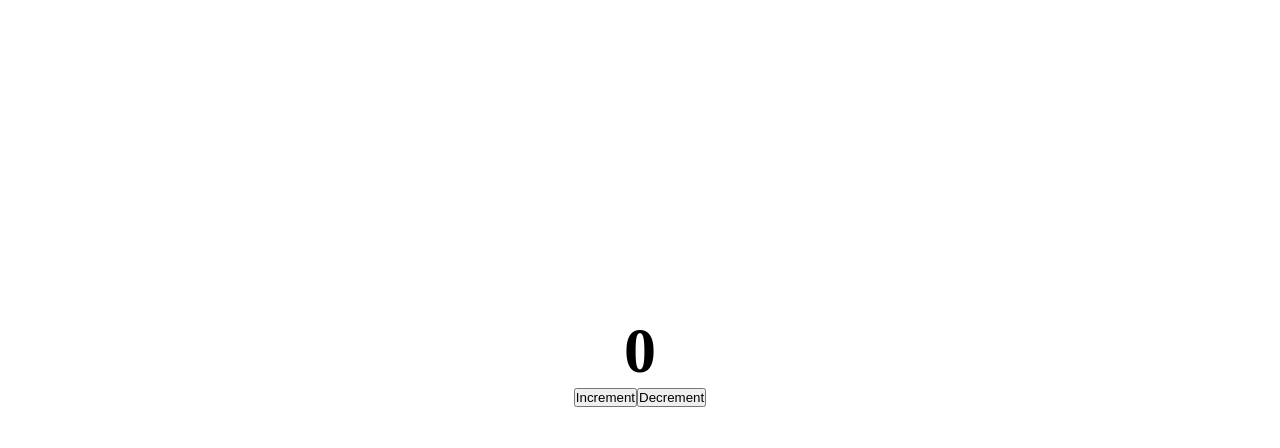
Repository: Ellisvelandia/react_introduction_test
Page: /
These files come from the project's save history. The page is drawn as it stood at one moment and after the next save; the edit follows.
The browser window is 1280 px wide. The pictures show the whole page.
The project was rebuilt for these pictures with package versions that can differ from the ones it lists, and the page was loaded fresh each time. Also part of the build but not shown: src/index.css.

Above is the page before, as saved 2022-08-15 19:59:00.

### src/App.js
import "./App.scss";
import React, { useState } from "react";

const App = () => {
  const [num, changeNum] = useState(0);

  const incrementNum = () => {
    changeNum(num + 2);
  };

  const decrementNum = () => {
    if (num - 1 < 0) {
      alert(`you can't decrease than 0`);
    } else {
      changeNum(num - 2);
    }
  };

  return (
    <>
      <div className="container">
        <h1>{num}</h1>
        <button onClick={incrementNum}>
          <span className="mas">Increment</span>
        </button>
        <button onClick={decrementNum}>
          Decrement
        </button>
      </div>
    </>
  );
};

export default App;

### src/App.scss
* {
  margin: 0;
  padding: 0;
  box-sizing: border-box;
}

body {
  width: 100%;
  height: 100vh;
  display: flex;
  justify-content: center;
  align-items: center;
  flex-direction: column;
}

.container {
  align-self: center;
}

h1 {
  text-align: center;
  font-size: 4rem;
}

// button {
//   font-size: 1rem;
//   margin: 5px;
//   font-family: "Lato", sans-serif;
//   font-weight: 300;
//   letter-spacing: 1px;
//   font-weight: bold;
// }

.button_I {
  position: absolute;
  left: 50%;
  top: 50%;
  transform: translateX(-50%) translateY(-50%);

  background: #fff;
  width: 100px;
  padding: 20px 30px;

  border: 5px solid #4ac0ee;
  color: #4ac0ee;
  font-weight: bold;
  text-transform: uppercase;
  text-align: center;

  z-index: 2;
  transition: all 0.15s 0.15s ease-out;

  &:after,
  &:before {
    position: absolute;
    width: 100%;
    max-width: 100%;
    top: 100%;
    left: 0;
    bottom: -10px;
    content: "";
    z-index: 1;
    transition: all 0.15s 0.15s ease-out;
  }

  &:before {
    background: #4ac0ee;
    top: 10px;
    left: -15px;
    height: 100%;
    width: 15px;
  }

  &:after {
    width: 100%;
    background: #4ac0ee;
    right: 0px;
    left: -15px;
    height: 15px;
  }

  &:hover {
    background: #4ac0ee;
    color: #fff;
    margin-left: -7.5px;
    margin-bottom: -7.5px;

    &:after,
    &:before {
      top: 100%;
      left: 0;
      bottom: 0px;
    }

    &:before {
      top: 0px;
      left: 0px;
      width: 0px;
    }

    &:after {
      right: 0px;
      left: 0px;
      height: 0px;
    }
  }
}

### src/App.css
* {
  margin: 0;
  padding: 0;
  box-sizing: border-box;
}

body {
  width: 100%;
  height: 100vh;
  display: flex;
  justify-content: center;
  align-items: center;
  flex-direction: column;
}

.container {
  align-self: center;
}

h1 {
  text-align: center;
  font-size: 4rem;
}

button {
  font-size: 1rem;
  margin: 5px;
  font-family: "Lato", sans-serif;
  font-weight: 300;
  letter-spacing: 1px;
  font-weight: bold;
}

Loaded but not shown: public/index.html (common file); src/index.js (common file); src/reportWebVitals.js (common file)

After the next save:
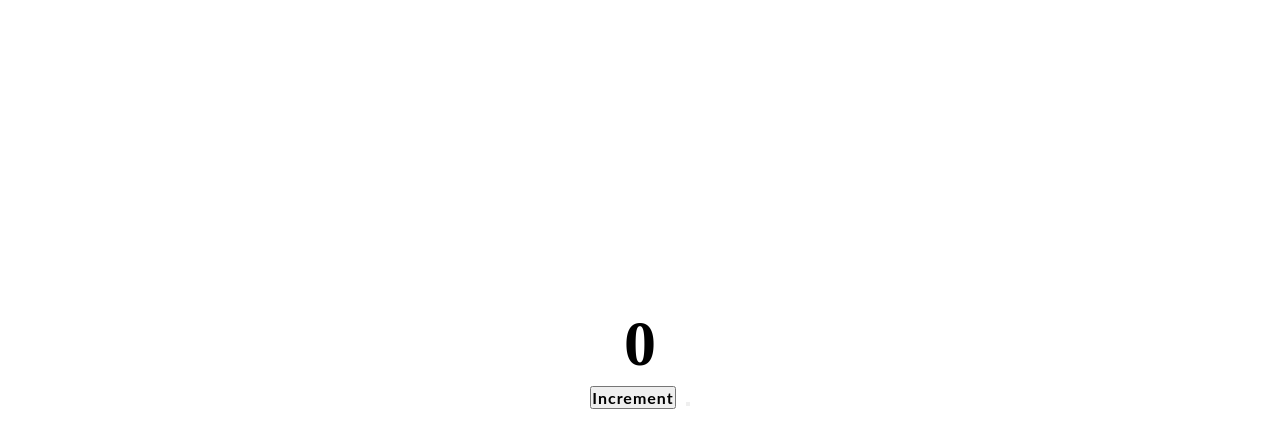
Saved 9 s later.
--- a/src/App.js
+++ b/src/App.js
@@ -1,4 +1,4 @@
-import "./App.scss";
+import "./App.css";
 import React, { useState } from "react";
 
 const App = () => {
@@ -20,12 +20,8 @@ const App = () => {
     <>
       <div className="container">
         <h1>{num}</h1>
-        <button onClick={incrementNum}>
-          <span className="mas">Increment</span>
-        </button>
-        <button onClick={decrementNum}>
-          Decrement
-        </button>
+        <button onClick={incrementNum}><span className="mas">Increment</span></button>
+        <button onClick={decrementNum}><span className="mas"></span></button>
       </div>
     </>
   );
